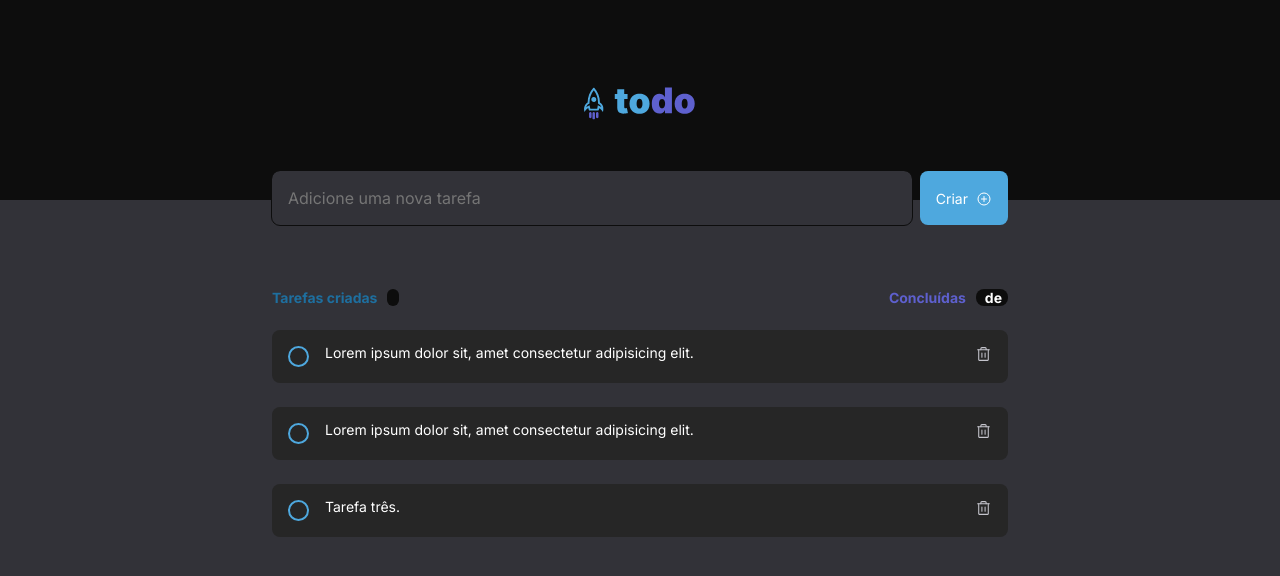
Repository: gabramos90/ignite-todo
Page: /
An editor plug-in stored every save of this project. The page is shown before and after a run of saves, followed by the edit.
The browser window is 1280 px wide. The pictures show the whole page.
The project was rebuilt for these pictures with package versions that can differ from the ones it lists, and the page was loaded fresh each time. Also part of the build but not shown: vite.config.ts.

Above is the page before, as saved 2022-12-01 04:24:01.

After the next 9 saves:
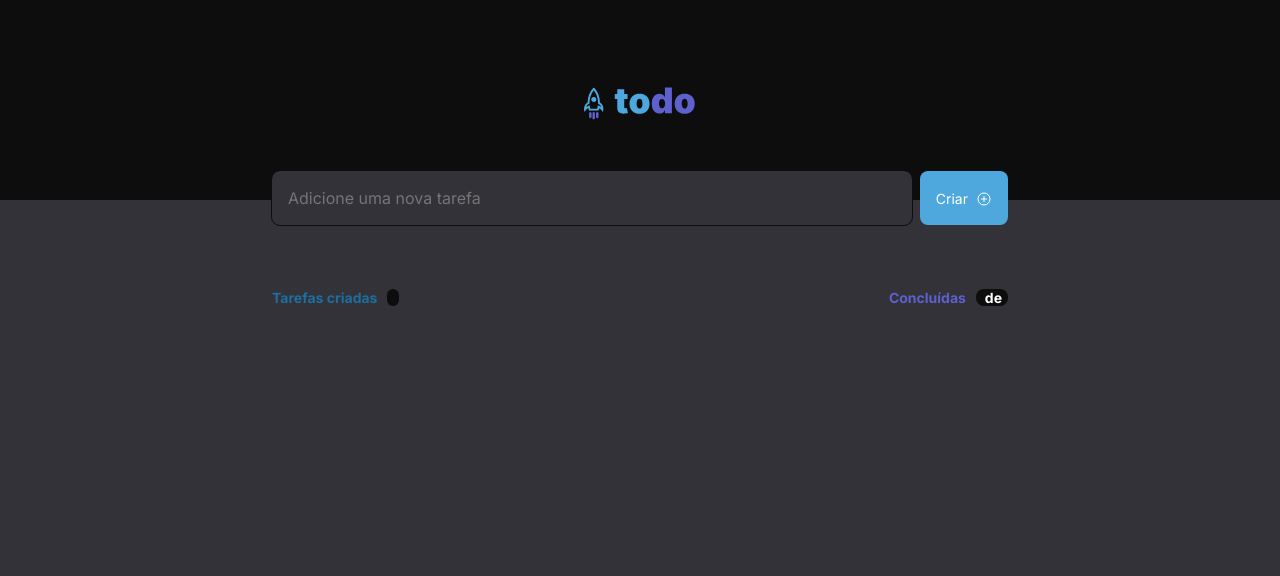
The 9 saves are shown as one change because 1 did not build or start and some came seconds apart.
The last was saved 27 s later.
--- a/src/App.tsx
+++ b/src/App.tsx
@@ -1,3 +1,4 @@
+import { useState } from 'react'
 import styles from './App.module.css'
 
 import { Header } from './components/Header/Header'
@@ -24,7 +25,7 @@
 ]
 
 export function App() {
-
+  const [tasks, setTasks] = useState([])
 
   return (
     <div>

After the 4 saves that followed:
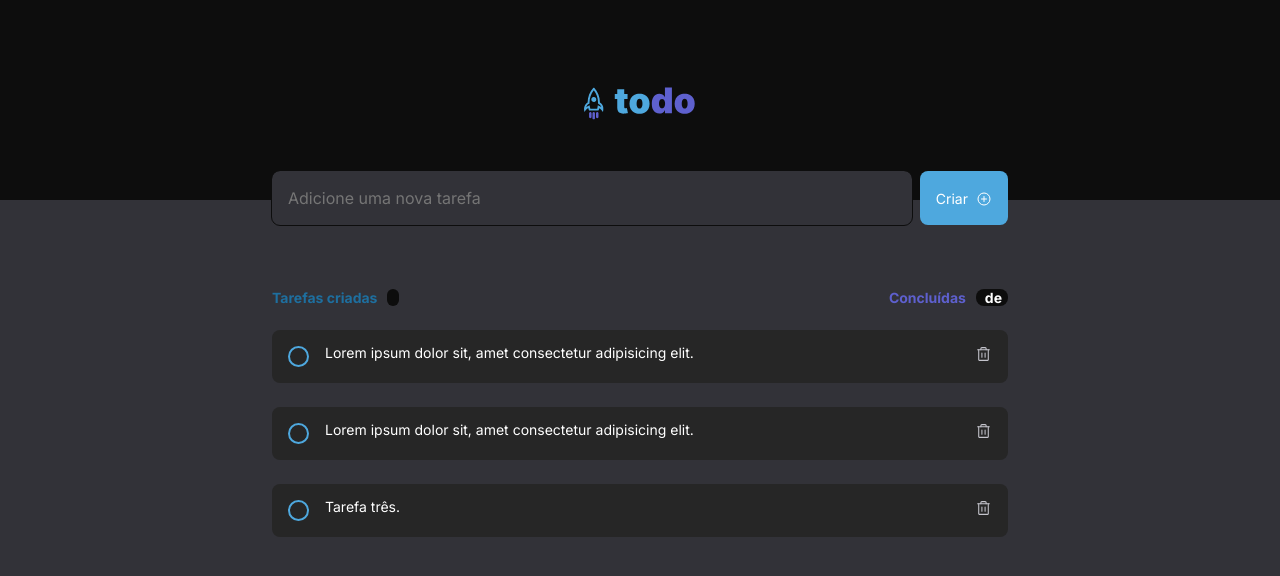
The 4 saves are shown as one change because they came seconds apart.
The last was saved 18 s later.
--- a/src/App.tsx
+++ b/src/App.tsx
@@ -7,25 +7,27 @@
 import './global.css'
 
 const tasks = [
-  {
-    id: 1,
-    title: 'Lorem ipsum dolor sit, amet consectetur adipisicing elit.',
-    isDone: true,
-  },
-  {
-    id: 2,
-    title: 'Lorem ipsum dolor sit, amet consectetur adipisicing elit.',
-    isDone: false,
-  },
-  {
-    id: 3,
-    title: 'Tarefa três.',
-    isDone: false,
-  },
+
 ]
 
 export function App() {
-  const [tasks, setTasks] = useState([])
+  const [tasks, setTasks] = useState([
+    {
+      id: 1,
+      title: 'Lorem ipsum dolor sit, amet consectetur adipisicing elit.',
+      isDone: true,
+    },
+    {
+      id: 2,
+      title: 'Lorem ipsum dolor sit, amet consectetur adipisicing elit.',
+      isDone: false,
+    },
+    {
+      id: 3,
+      title: 'Tarefa três.',
+      isDone: false,
+    },
+  ])
 
   return (
     <div>
